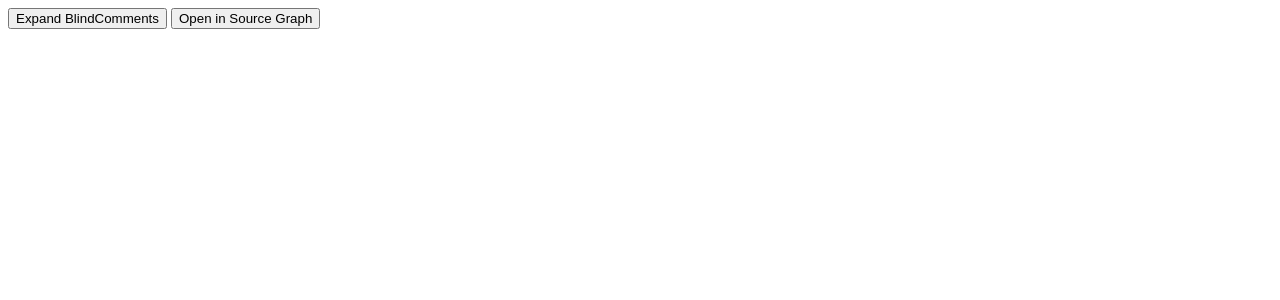
Repository: duckladydinh/customize
Page: popup.html
These files come from the project's save history. The page is drawn as it stood at one moment and after the next save; the edit follows.
The browser window is 1280 px wide. The pictures show the whole page.

Above is the page before, as saved 2022-04-13 22:02:15.
Console error: TypeError: Cannot read properties of null (reading 'addEventListener')

### popup.html
<!DOCTYPE html>
<html>
  <head></head>
  <body>
    <button id="ExpandBlindComments">Expand BlindComments</button>
    <button id="OpenInSourceGraph">Open in Source Graph</button>
    <script src="popup.js"></script>
  </body>
</html>

### popup.js
document.getElementById('runCode').addEventListener('click', async () => {
  let [tab] = await chrome.tabs.query({ active: true, currentWindow: true })

  if (tab.url.includes('teamblind.com')) {
    chrome.scripting.executeScript({
      target: { tabId: tab.id },
      function: async () => {
        let sleep = (delay) =>
          new Promise((resolve) => setTimeout(resolve, delay))

        let findViewMoreBtn = () => {
          let buttons = [
            ...document.getElementsByClassName('btn_more'),
          ].filter((btn) => btn.innerText.includes('+ View more comments...'))
          if (buttons.length != 1) {
            return null
          }
          return buttons[0]
        }

        console.log('Expanding comments...')
        let times = 0
        while (true) {
          let btn = findViewMoreBtn()
          if (btn == null) {
            break
          }
          btn.click()
          times += 1
          await sleep(2500)
        }
        console.log(`Finished expanding comments ${times} time(s)!`)
      },
    })
  } else {
    chrome.scripting.executeScript({
      target: { tabId: tab.id },
      function: async () => {
        console.log('This code is only active on teamblind.com.')
      },
    })
  }
})

async function getCurrentTab() {
  let queryOptions = { active: true, currentWindow: true }
  let [tab] = await chrome.tabs.query(queryOptions)
  return tab
}

document
  .getElementById('OpenInSourceGraph')
  .addEventListener('click', async () => {
    let [tab] = await chrome.tabs.query({ active: true, currentWindow: true })
    if (tab.url.includes('github.com')) {
        let username = tab.url.match(/github.com\/([^/]+)/);
        if (!username) {
            return;
        }

        let path = tab.url.match(/tree\/[^/]+\/(.+)/);
        if (!path) {
            return;
        }

        let queryParams = [];
        queryParams.push()

    } else {
      chrome.scripting.executeScript({
        target: { tabId: tab.id },
        function: async () => {
          console.log('This code is only active on github.com.')
        },
      })
    }
  })

After the next save:
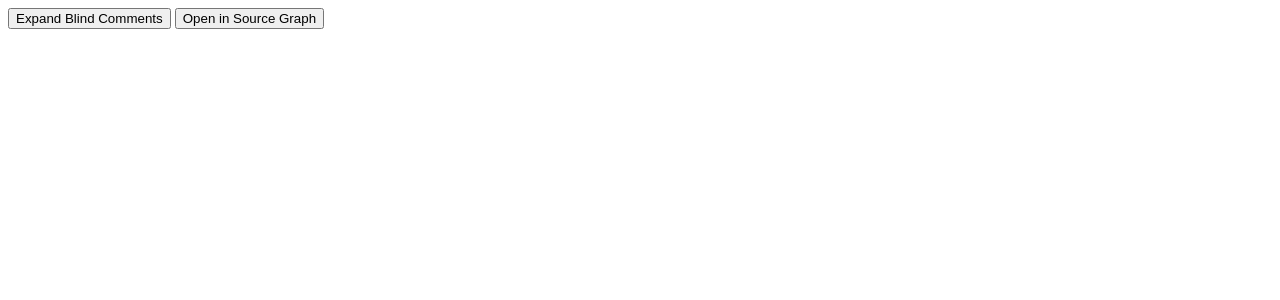
Saved 5 min 48 s later.
--- a/popup.html
+++ b/popup.html
@@ -1,8 +1,8 @@
 <!DOCTYPE html>
-<html>
+<htmlstyle="min-width:600px;>
   <head></head>
   <body>
-    <button id="ExpandBlindComments">Expand BlindComments</button>
+    <button id="ExpandBlindComments">Expand Blind Comments</button>
     <button id="OpenInSourceGraph">Open in Source Graph</button>
     <script src="popup.js"></script>
   </body>
